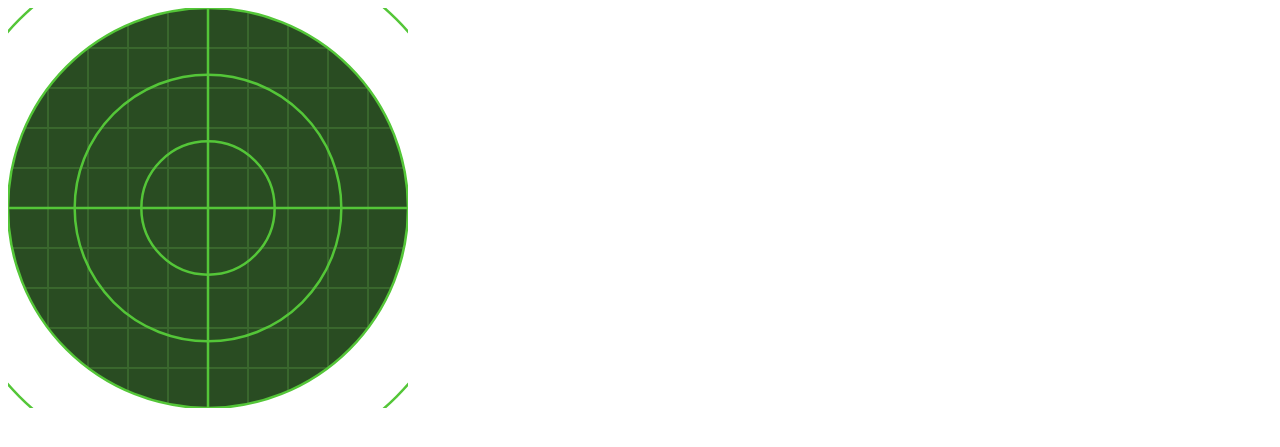
Repository: pedro-mancano/ProjetoCDM204
Page: scripts/radar.html
An editor plug-in stored every save of this project. The page is shown before and after the next save, followed by the edit.
The browser window is 1280 px wide. The pictures show the whole page.

Above is the page before, as saved 2024-11-27 08:32:52.

### scripts/radar.html
<html>

<head>
  <title>Radars</title>
  <link rel="stylesheet" type="text/css" href="./radar.css">
</head>

<body>
  <div class="radar">
    <canvas id="radarCanvas" width="400" height="400"></canvas>
  </div>
  <script src="./radar.js"></script>

</html>

### scripts/radar.js
const canvas = document.getElementById('radarCanvas');
const ctx = canvas.getContext('2d');
let lastDraw = performance.now();

function draw(elapsed) {
  ctx.clearRect(0, 0, canvas.width, canvas.height);

  const height = canvas.height;
  const width = canvas.width;


  // Draw the radar circle
  ctx.fillStyle = '#294c22';
  ctx.beginPath();
  ctx.arc(canvas.width / 2, canvas.height / 2, 200, 0, 2 * Math.PI);
  ctx.fill();

  //
  ctx.strokeStyle = '#3a682e';
  ctx.lineWidth = 1;
  for (let i = 0; i < width; i += width / 10) {
    for (let j = 0; j < height; j += height / 10) {
      ctx.beginPath();
      ctx.moveTo(i, 0);
      ctx.lineTo(i, height);
      ctx.stroke();
      ctx.beginPath();
      ctx.moveTo(0, j);
      ctx.lineTo(width, j);
      ctx.stroke();
    }
  }

  // Clear the outside circle
  ctx.globalCompositeOperation = 'destination-in';
  ctx.fillStyle = '#FFFFFF';
  ctx.beginPath();
  ctx.arc(canvas.width / 2, canvas.height / 2, 200, 0, 2 * Math.PI);
  ctx.fill();
  ctx.globalCompositeOperation = 'source-over';


  // Draw grid lines (4 lines, 90 degrees apart)
  ctx.strokeStyle = '#54c638';
  ctx.lineWidth = 2.5;
  for (let i = 0; i < 360; i += 90) {
    ctx.beginPath();
    ctx.moveTo(canvas.width / 2, canvas.height / 2);
    ctx.lineTo(canvas.width / 2 + 200 * Math.cos(i * Math.PI / 180), canvas.height / 2 + 200 * Math.sin(i * Math.PI / 180));
    ctx.stroke();
  }

  // Circle outlines 5
  for (let i = 0; i < 6; i++) {
    ctx.beginPath();
    ctx.arc(canvas.width / 2, canvas.height / 2, canvas.height / 6 * i, 0, 2 * Math.PI);
    ctx.stroke();
  }
}

function drawLoop() {
  draw(performance.now() - lastDraw);
  lastDraw = performance.now();
  requestAnimationFrame(drawLoop);
}

requestAnimationFrame(drawLoop);

Loaded but not shown: scripts/radar.css (no stored copy; drawn as an empty file)

After the next save:
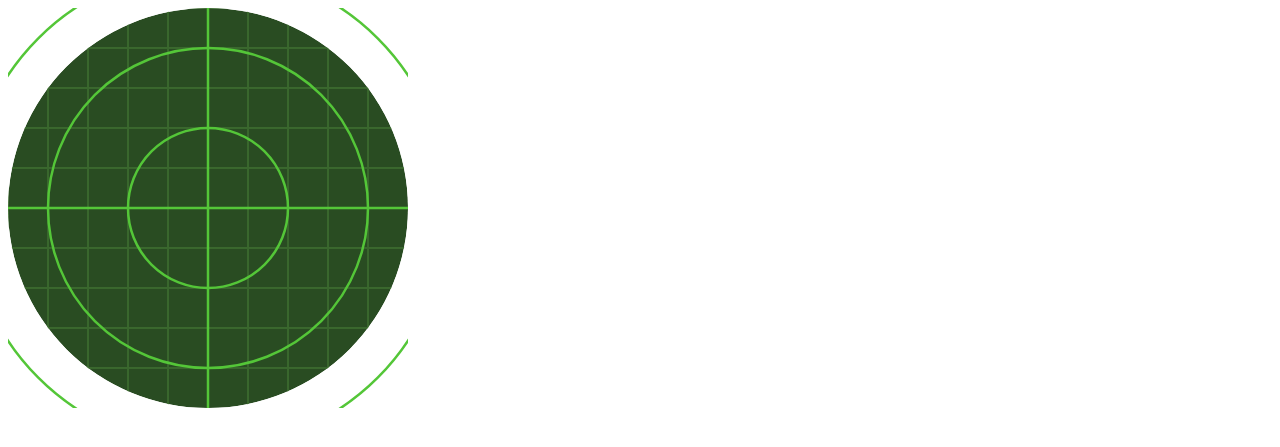
Saved 5 s later.
--- a/scripts/radar.js
+++ b/scripts/radar.js
@@ -53,7 +53,7 @@ function draw(elapsed) {
   // Circle outlines 5
   for (let i = 0; i < 6; i++) {
     ctx.beginPath();
-    ctx.arc(canvas.width / 2, canvas.height / 2, canvas.height / 6 * i, 0, 2 * Math.PI);
+    ctx.arc(canvas.width / 2, canvas.height / 2, canvas.height / 5 * i, 0, 2 * Math.PI);
     ctx.stroke();
   }
 }
